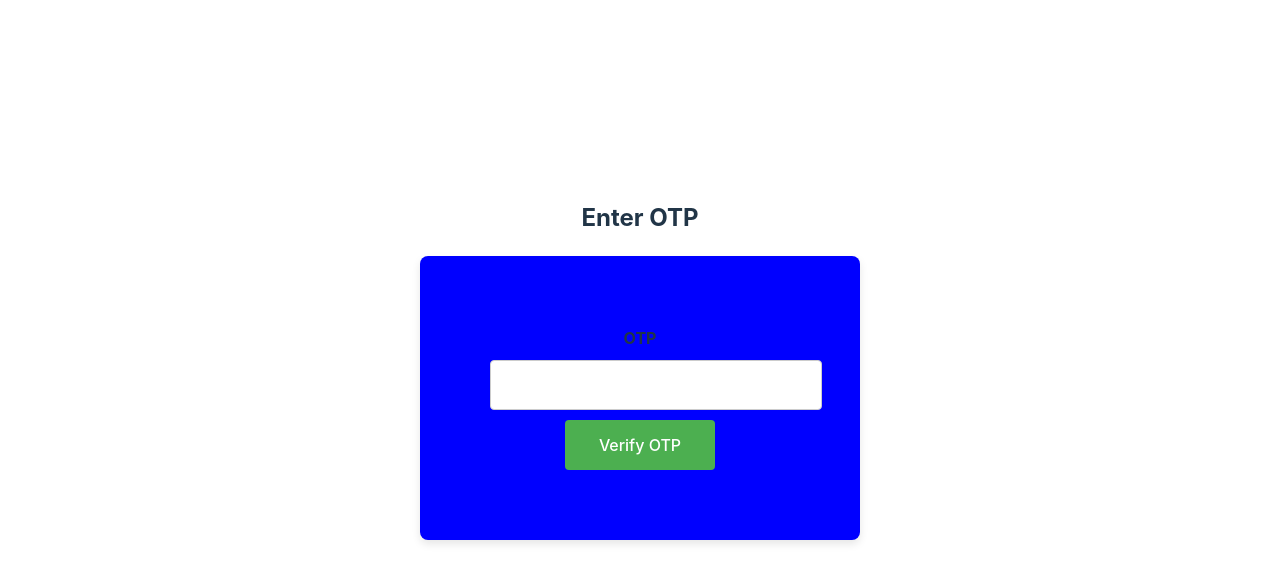
Repository: sarathraj2002/MockTest
Page: /check (app in Frontend/)
The author's editor kept a copy of each file at every save. The page is drawn from the files as they stood at one save, then again after a run of saves.
The browser window is 1280 px wide. The pictures show the whole page.
The project was rebuilt for these pictures with package versions that can differ from the ones it lists, and the page was loaded fresh each time. Also part of the build but not shown: Frontend/vite.config.js, Frontend/src/components/Otp.jsx, Frontend/src/components/Home.jsx.

Above is the page before, as saved 2024-11-13 17:18:11.

After the next 2 saves:
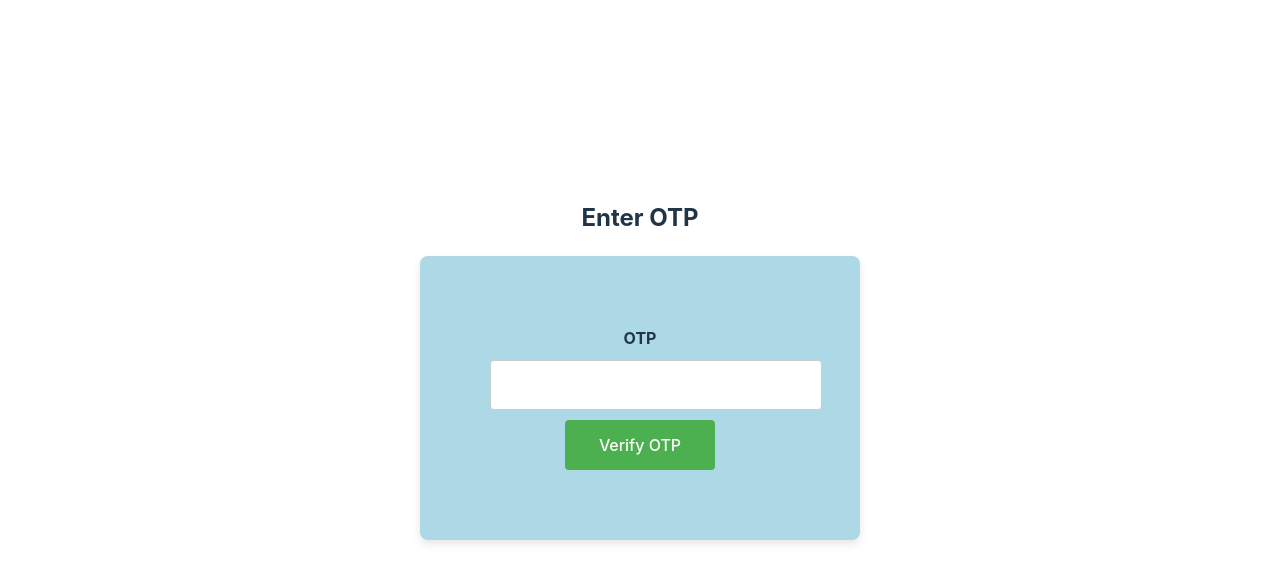
The 2 saves are shown as one change because they came seconds apart.
The last was saved 8 s later.
--- a/Frontend/src/components/Mail.jsx
+++ b/Frontend/src/components/Mail.jsx
@@ -31,7 +31,7 @@ function OTPForm({ email, onOTPVerify }) {
     width: '300px',
     margin: '0 auto',
     padding: '70px',
-    backgroundColor: 'blue',
+    backgroundColor: 'lightblue',
     borderRadius: '8px',
     boxShadow: '0 4px 8px rgba(0, 0, 0, 0.1)',
   };
